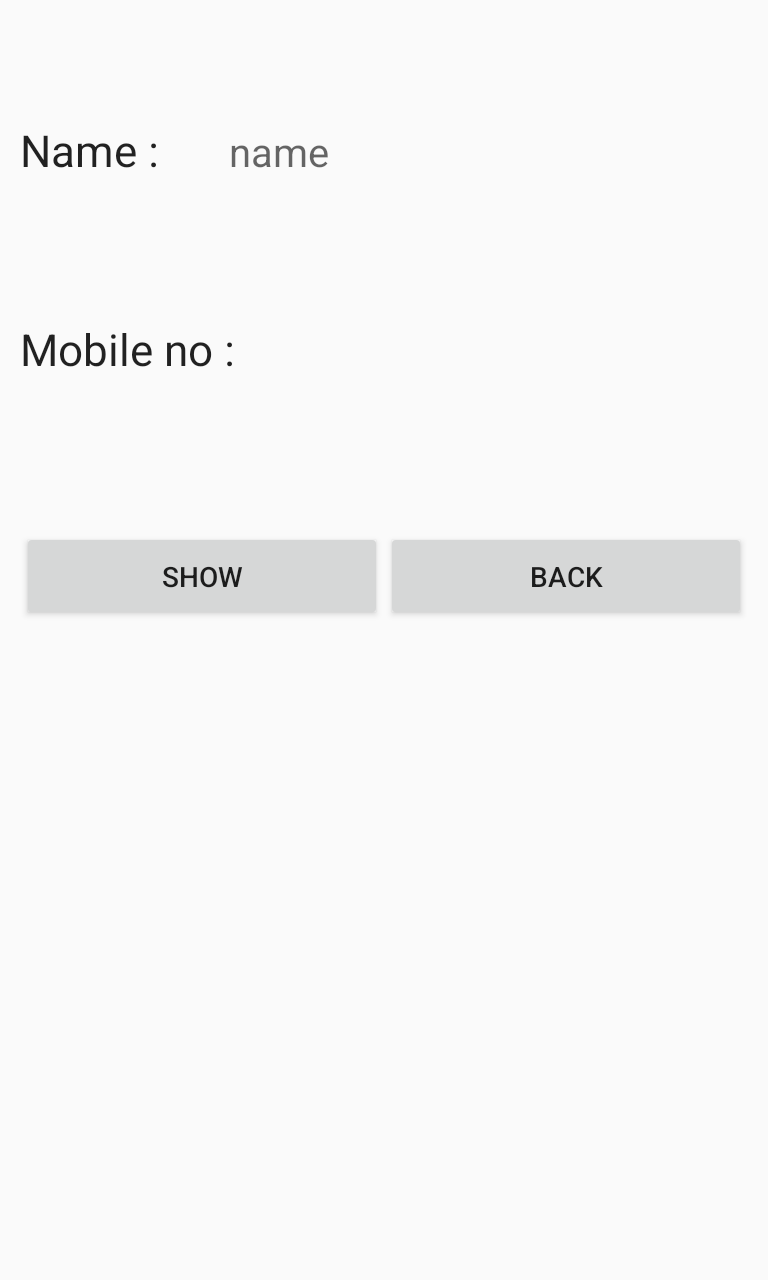
Repository: rajeshmule/Android-Data-Storage-Option
Layout: SharedPreference/res/layout/activity_main2.xml
The author's editor kept a copy of each file at every save. The layout is drawn from the files as they stood at one save, then again after the next save.
It is drawn on a 768 x 1280 px phone screen (xhdpi) without system bars, with theme AppTheme; the app's code is not run.

Above is the layout before, as saved 2014-08-22 18:41:27.

After the next save:
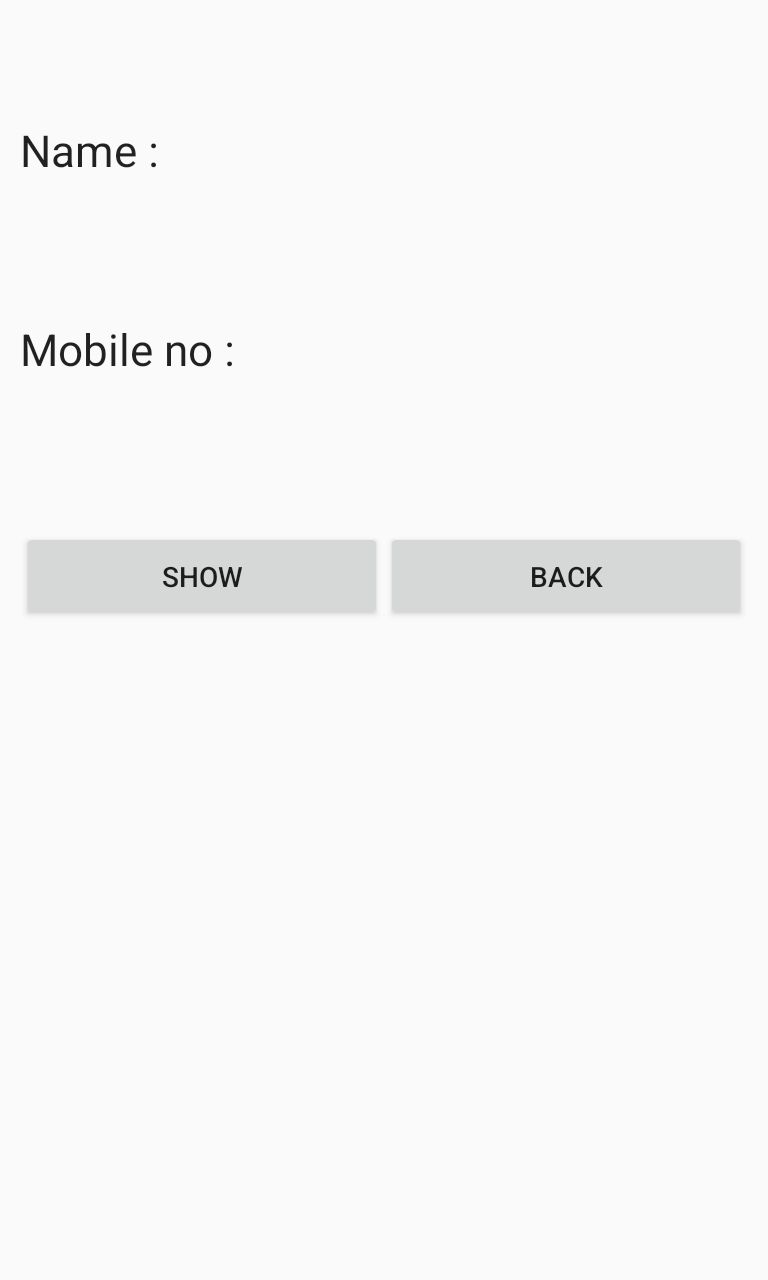
Saved 10 s later.
--- a/SharedPreference/res/layout/activity_main2.xml
+++ b/SharedPreference/res/layout/activity_main2.xml
@@ -28,7 +28,7 @@
             android:layout_height="wrap_content"
             android:layout_marginLeft="35dp"
             android:layout_weight="1"
-            android:hint="name"
+
             android:textSize="20sp" />
 
     </LinearLayout>
